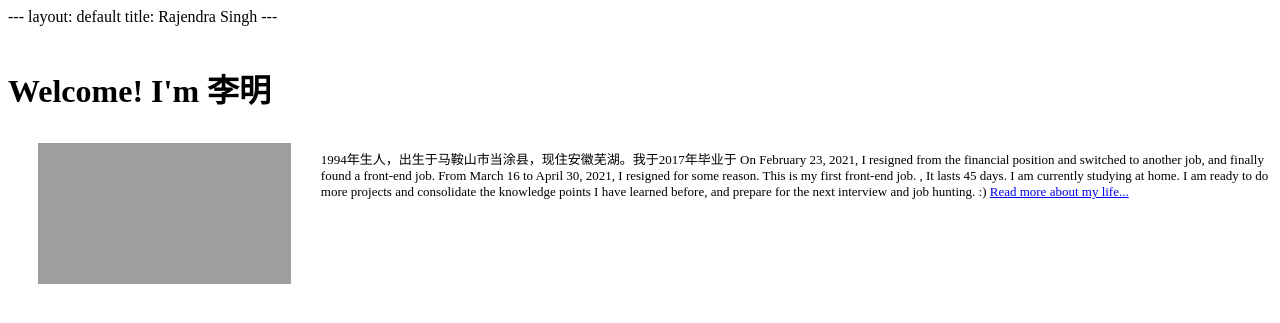
Repository: lm101845/lm101845.github.io
Page: index.html
The author's editor kept a copy of each file at every save. The page is drawn from the files as they stood at one save, then again after the next save.
The browser window is 1280 px wide. The pictures show the whole page.
Pictures or frames that could not be fetched are drawn as grey boxes.

Above is the page before, as saved 2021-08-07 16:29:23.

After the next save:
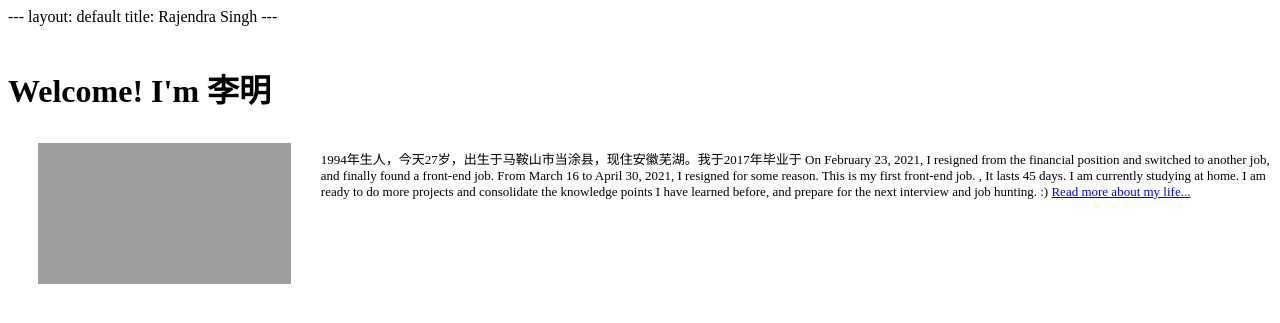
Saved 41 s later.
--- a/index.html
+++ b/index.html
@@ -1,7 +1,7 @@
 <!--
  * @Author: liming
  * @Date: 2021-08-07 15:46:06
- * @LastEditTime: 2021-08-07 16:29:23
+ * @LastEditTime: 2021-08-07 16:30:04
  * @FilePath: \lm101845.github.io\index.html
 -->
 --- layout: default title: Rajendra Singh ---
@@ -19,7 +19,7 @@
         hspace="30"
         vspace="10"
       />
-      <br />1994年生人，出生于马鞍山市当涂县，现住安徽芜湖。我于2017年毕业于
+      <br />1994年生人，今天27岁，出生于马鞍山市当涂县，现住安徽芜湖。我于2017年毕业于
 
       <!-- 		I'm passionate about vision-based robotics. -->
       On February 23, 2021, I resigned from the financial position and switched
